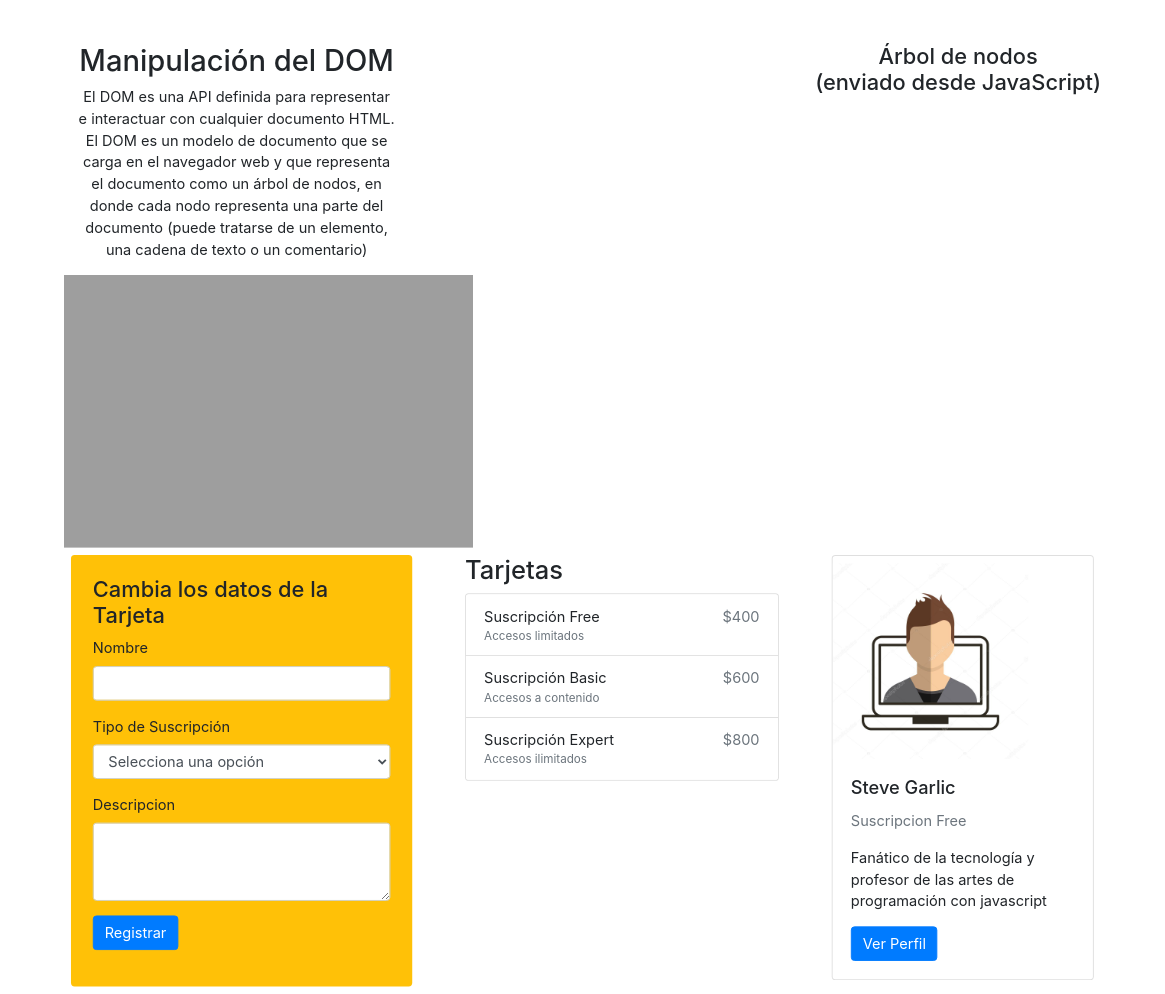
Repository: pedro-donoso/manipulacion-dom
Page: index.html
An editor plug-in stored every save of this project. The page is shown before and after a run of saves, followed by the edit.
The browser window is 1280 px wide. The pictures show the whole page, at 91% of full size.
Pictures or frames that could not be fetched are drawn as grey boxes.

Above is the page before, as saved 2024-02-06 14:39:21.

After the next 2 saves:
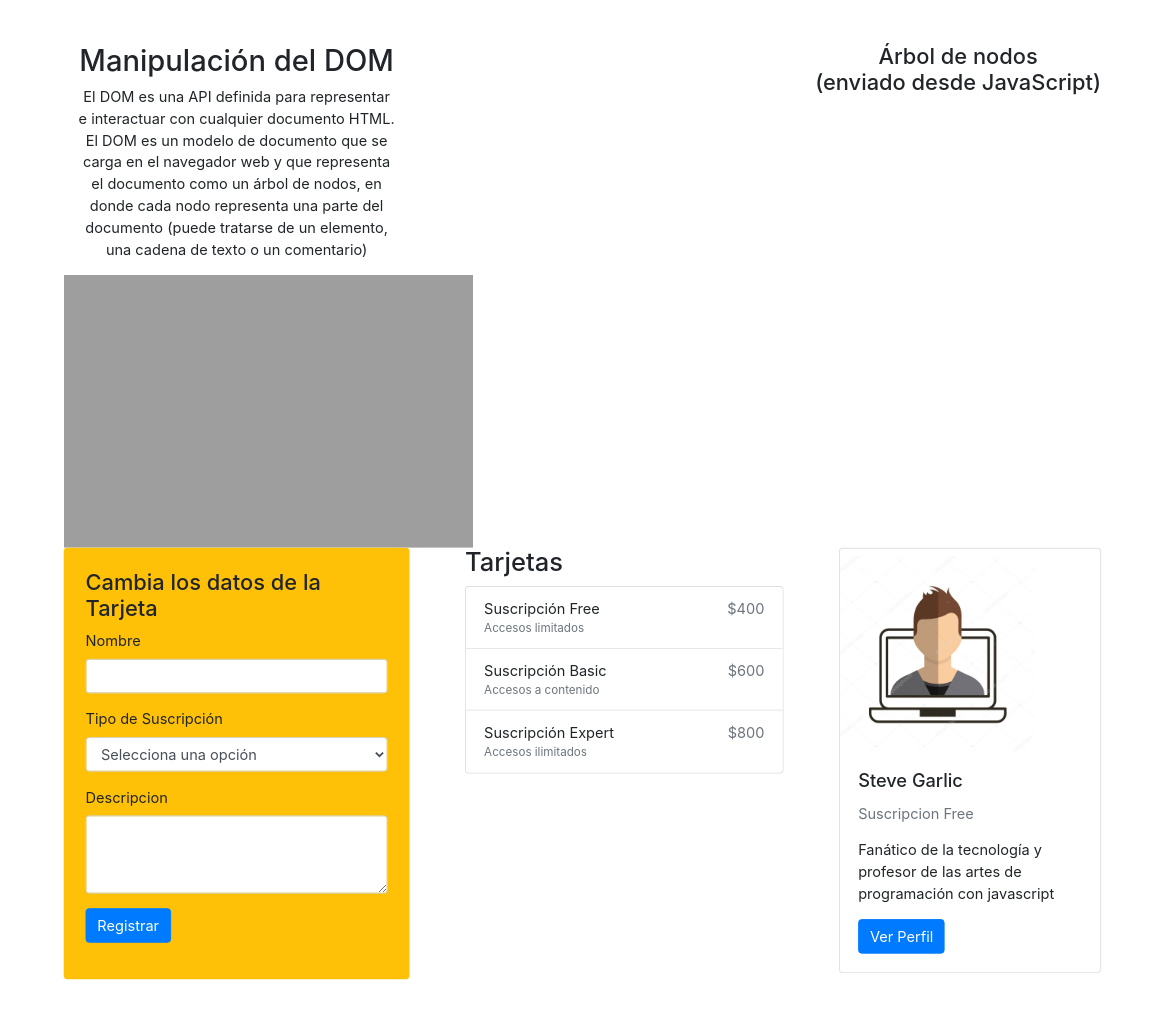
The 2 saves are shown as one change because they came seconds apart.
The last was saved 10 s later.
--- a/index.html
+++ b/index.html
@@ -30,7 +30,7 @@
                 </p>
             </div>
         </div>
-        <div class="row justify-content-between p-2">
+        <div class="row justify-content-between pb-5">
             <div class="col-4 col-md-4 bg-warning rounded p-4">
                 <h4>Cambia los datos de la Tarjeta</h4>
                 <!-- 15- AGREGO id PARA ESCUCHAR EVENTO CLICK -->
